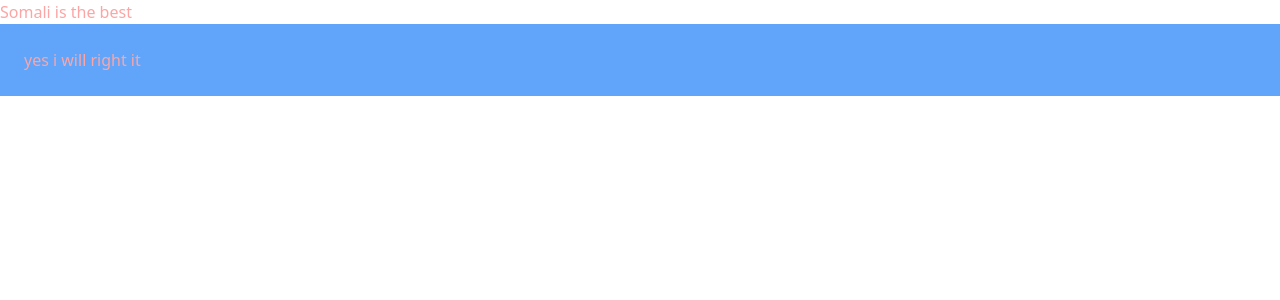
Repository: Abdulahi338/TailwindCss-exercise
Page: index.html
These files come from the project's save history. The page is drawn as it stood at one moment and after a run of saves; the edit follows.
The browser window is 1280 px wide. The pictures show the whole page.
Some web libraries are served in a nearby version.

Above is the page before, as saved 2025-06-05 01:30:16.

### index.html
<!DOCTYPE html>
<html lang="en">
<head>
    <meta charset="UTF-8">
    <meta name="viewport" content="width=device-width, initial-scale=1.0">
    <title>Document</title>
           <script src="https://cdn.tailwindcss.com"></script>



</head>
<body>
    <div class="flex flex-center flex-col ">
         <h2 class="text-red-300">Somali is the best</h2>
    <h3 class="text-red-300 p-6 md-12 bg-blue-400">yes i will right it</h3>

    </div>

    <div class="flex initial-scale bg p-3 text-red-300
    ">

    </div>

</body>
</html>

After the next 4 saves:
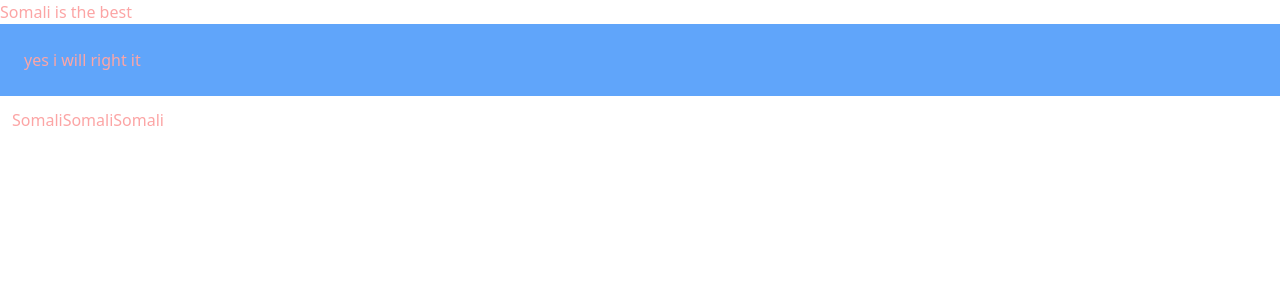
The 4 saves are shown as one change because they came seconds apart.
The last was saved 13 s later.
--- a/index.html
+++ b/index.html
@@ -18,6 +18,9 @@
 
     <div class="flex initial-scale bg p-3 text-red-300
     ">
+    <div>Somali</div>
+    <div>Somali</div>
+    <div>Somali</div>
 
     </div>
 
